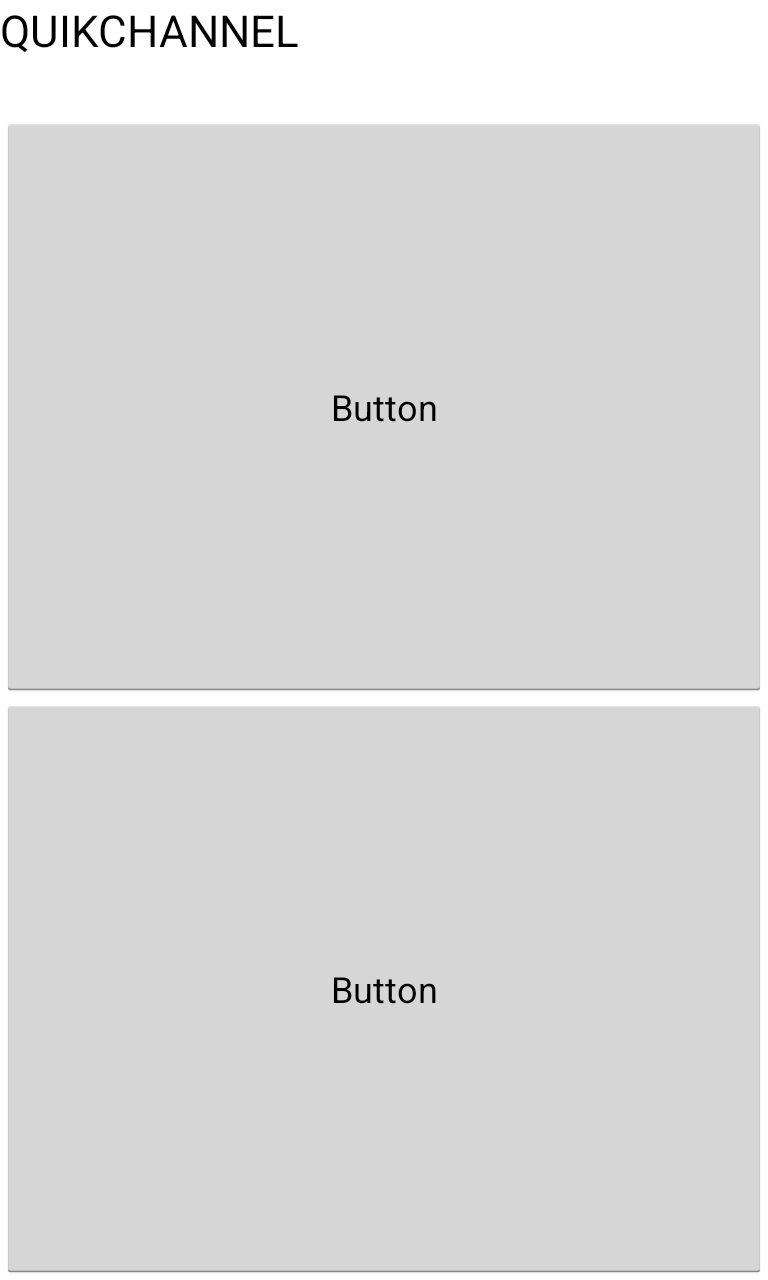
Repository: tomacoast/Quik-Channel
Layout: WorkspaceI/Quikchannel/res/layout/activity_main.xml
An editor plug-in stored every save of this project. The layout is shown before and after the next save, followed by the edit.
It is drawn on a 768 x 1280 px phone screen (xhdpi) without system bars, with theme AppTheme; the app's code is not run.

Above is the layout before, as saved 2014-05-21 06:40:42.

### WorkspaceI/Quikchannel/res/layout/activity_main.xml
<LinearLayout xmlns:android="http://schemas.android.com/apk/res/android"
    android:layout_width="fill_parent"
    android:layout_height="fill_parent"
    android:orientation="vertical" >

    <TextView
        android:id="@+id/textView1"
        android:layout_width="fill_parent"
        android:layout_height="0dip"
        android:text="@string/main_title"
        android:layout_weight="1"
        android:textAppearance="?android:attr/textAppearanceLarge" />
    <Button
        android:id="@+id/button1"
        android:layout_width="fill_parent"
        android:layout_height="0dp"
        android:layout_weight="5"
        android:text="Button" />
    <Button
        android:id="@+id/button1"
        android:layout_width="fill_parent"
        android:layout_height="0dp"
        android:layout_weight="5"
        android:text="Button" />

</LinearLayout>

### WorkspaceI/Quikchannel/res/values/strings.xml
<?xml version="1.0" encoding="utf-8"?>
<resources>

    <string name="ip">INSERT IP HERE</string>

    <string name="app_name">Quikchannel</string>
    <string name="action_settings">Settings</string>
    <string name="direct_connect_button">Direct Connect</string>
    <string name="browse_boards_button">Browse Boards</string>
    <string name="main_title">QUIKCHANNEL</string>
    <string name="add_entry">Add a post</string>
    <string name="add_thread">Add a thread</string>
    <string name="make_post_title">Add a post</string>
    <string name="make_thread_title">Add a thread</string>
    <string name="submit">Submit</string>
    <string name="author">Author</string>
    <string name="title">Title</string>

</resources>

Loaded but not shown: WorkspaceI/Quikchannel/res/values/styles.xml (common file); WorkspaceI/Quikchannel/res/values-v11/styles.xml (common file); WorkspaceI/Quikchannel/res/values-v14/styles.xml (common file)

After the next save:
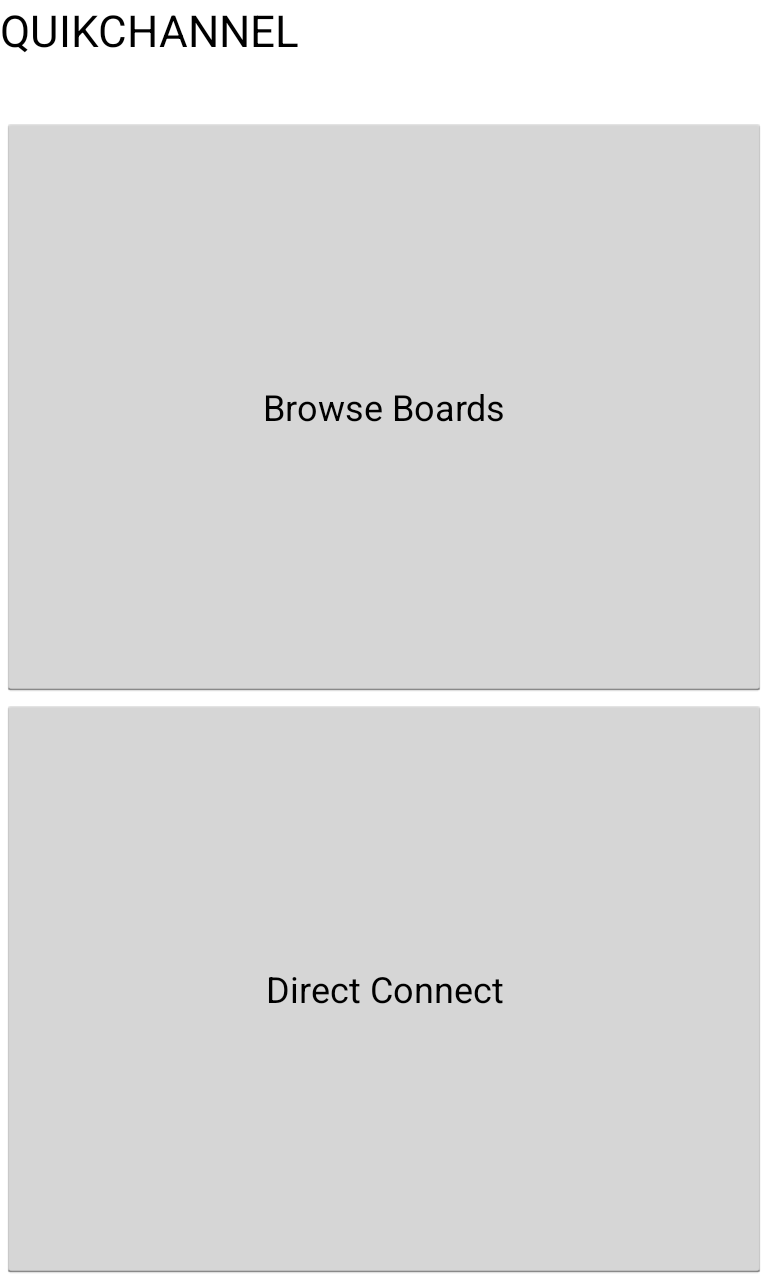
Saved 23 s later.
--- a/WorkspaceI/Quikchannel/res/layout/activity_main.xml
+++ b/WorkspaceI/Quikchannel/res/layout/activity_main.xml
@@ -15,12 +15,12 @@
         android:layout_width="fill_parent"
         android:layout_height="0dp"
         android:layout_weight="5"
-        android:text="Button" />
+        android:text="@string/browse_boards_button" />
     <Button
         android:id="@+id/button1"
         android:layout_width="fill_parent"
         android:layout_height="0dp"
         android:layout_weight="5"
-        android:text="Button" />
+        android:text="@string/direct_connect_button" />
 
 </LinearLayout>
